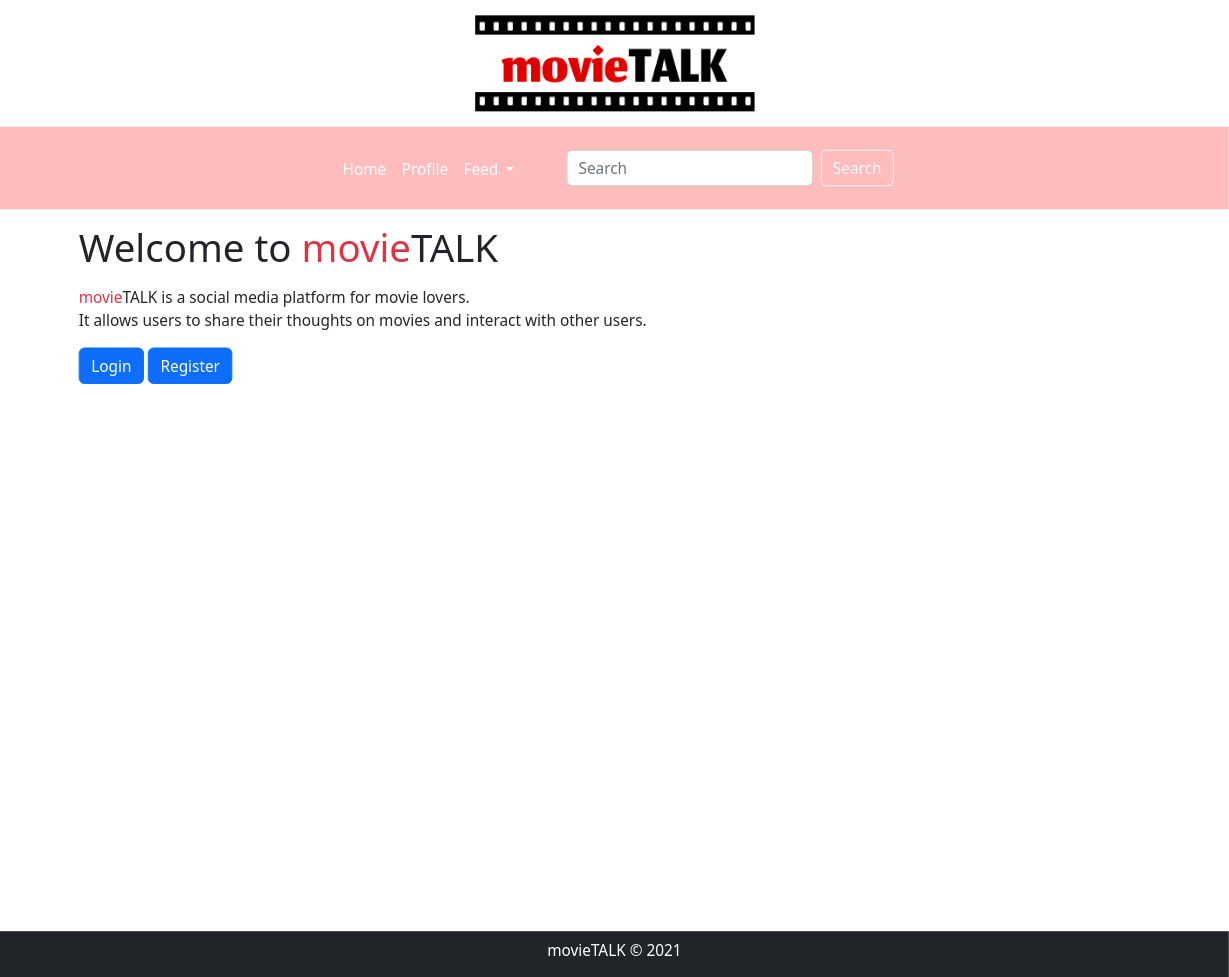
Repository: runeunhjem/css-frameworks-ca
Page: index.html
An editor plug-in stored every save of this project. The page is shown before and after the next save, followed by the edit.
The browser window is 1280 px wide. The pictures show the whole page, at 96% of full size.
Some web libraries are served in a nearby version. The style sheet was rebuilt from its Sass, Less or Tailwind sources for each picture, by a compiler version that may differ from the author's.

Above is the page before, as saved 2023-08-24 15:55:24.

After the next save:
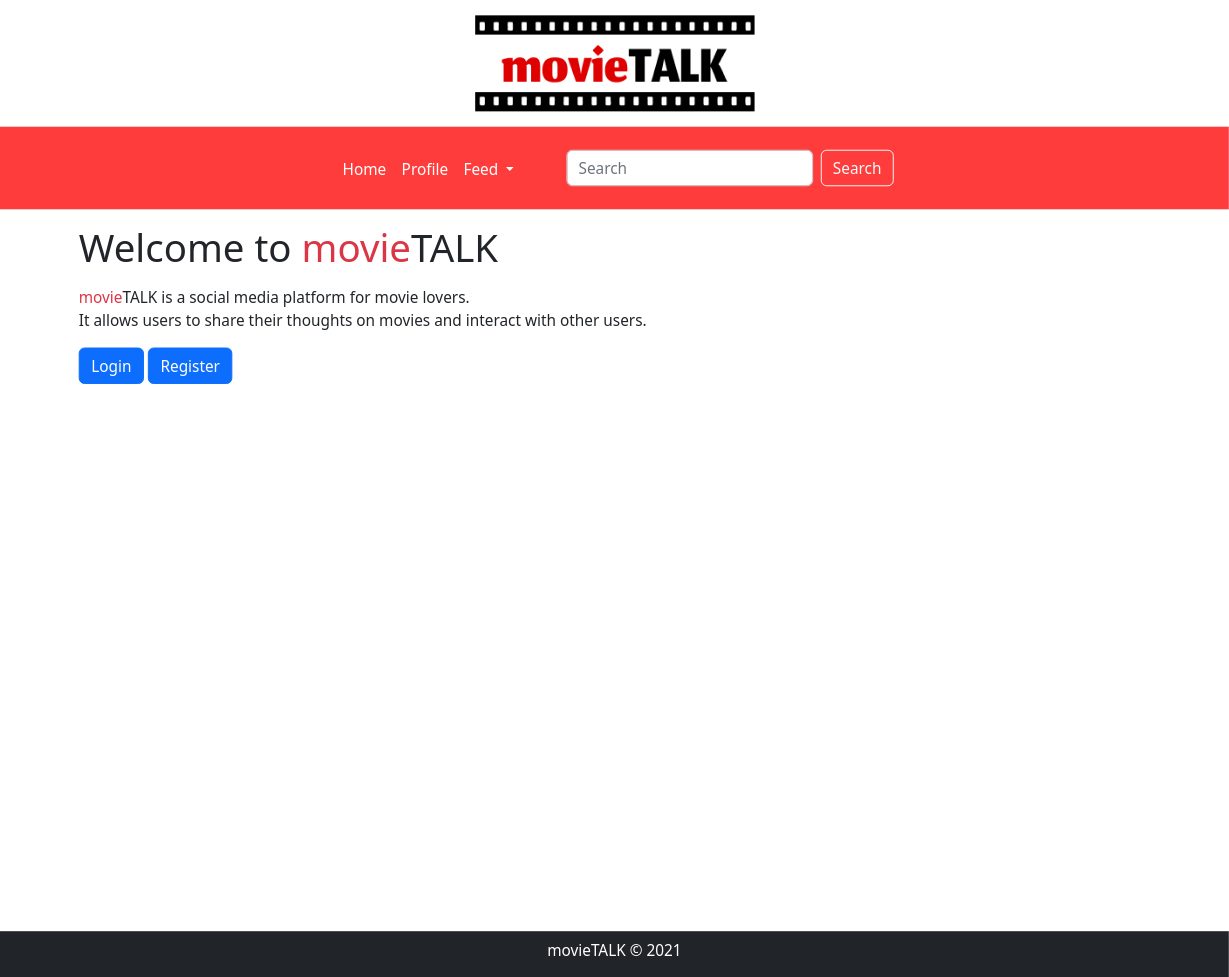
Saved 5 s later.
--- a/src/scss/index.scss
+++ b/src/scss/index.scss
@@ -23,5 +23,5 @@
 }
 
 .navbar {
-  background-color: #ffbcbc;
+  background-color: #ff3c3c;
 }
